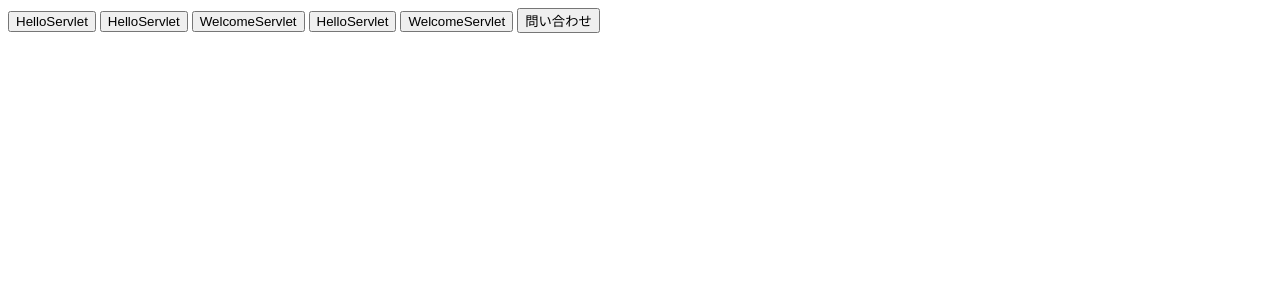
Repository: akira44441111/test
Page: http://localhost/HelloServlet/index.jsp
An editor plug-in stored every save of this project. The page is shown before and after the next save, followed by the edit.
The browser window is 1280 px wide. The pictures show the whole page.
The page is served by Tomcat 9. Other server files are loaded and not shown.

Above is the page before, as saved 2018-09-26 01:23:49.

### HelloServlet/WebContent/index.jsp
<%@ page language="java" contentType="text/html; charset=UTF-8" pageEncoding="utf-8" %>

<!DOCTYPE html>
<html>
<head>
<meta charset="UTF-8">
<title>HelloServlet</title>
</head>
<body>
<input type="button" value="HelloServlet" onClick="location.href='HelloServlet'">

<input type="button" value="HelloServlet" onClick="location.href='HelloServlet'">
<input type="button" value="WelcomeServlet" onClick="location.href='welcome.jsp'">

<input type="button" value="HelloServlet" onClick="location.href='HelloServlet'">
<input type="button" value="WelcomeServlet" onClick="location.href='welcome.jsp'">
<input type="button" value="問い合わせ" onClick="location.href='inquiry.jsp'">

</body>
</html>

After the next save:
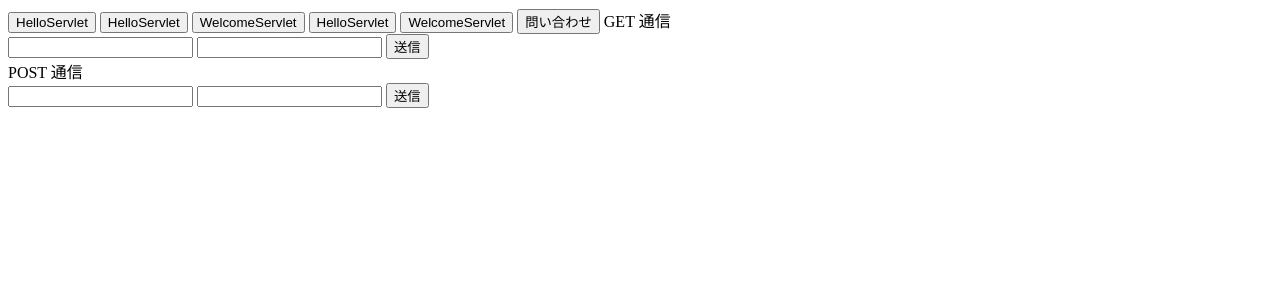
Saved 8 min 43 s later.
--- a/HelloServlet/WebContent/index.jsp
+++ b/HelloServlet/WebContent/index.jsp
@@ -16,5 +16,22 @@
 <input type="button" value="WelcomeServlet" onClick="location.href='welcome.jsp'">
 <input type="button" value="問い合わせ" onClick="location.href='inquiry.jsp'">
 
+
+GET 通信
+<form method="get" action="TestServlet">
+<input type="text" name="username">
+<input type="password" name="password">
+<input type="submit" value="送信">
+</form>
+
+POST 通信
+<form method="post" action="TestServlet">
+<input type="text" name="username">
+<input type="password" name="password">
+<input type="submit" value="送信">
+
+</form>
+
 </body>
+
 </html>
